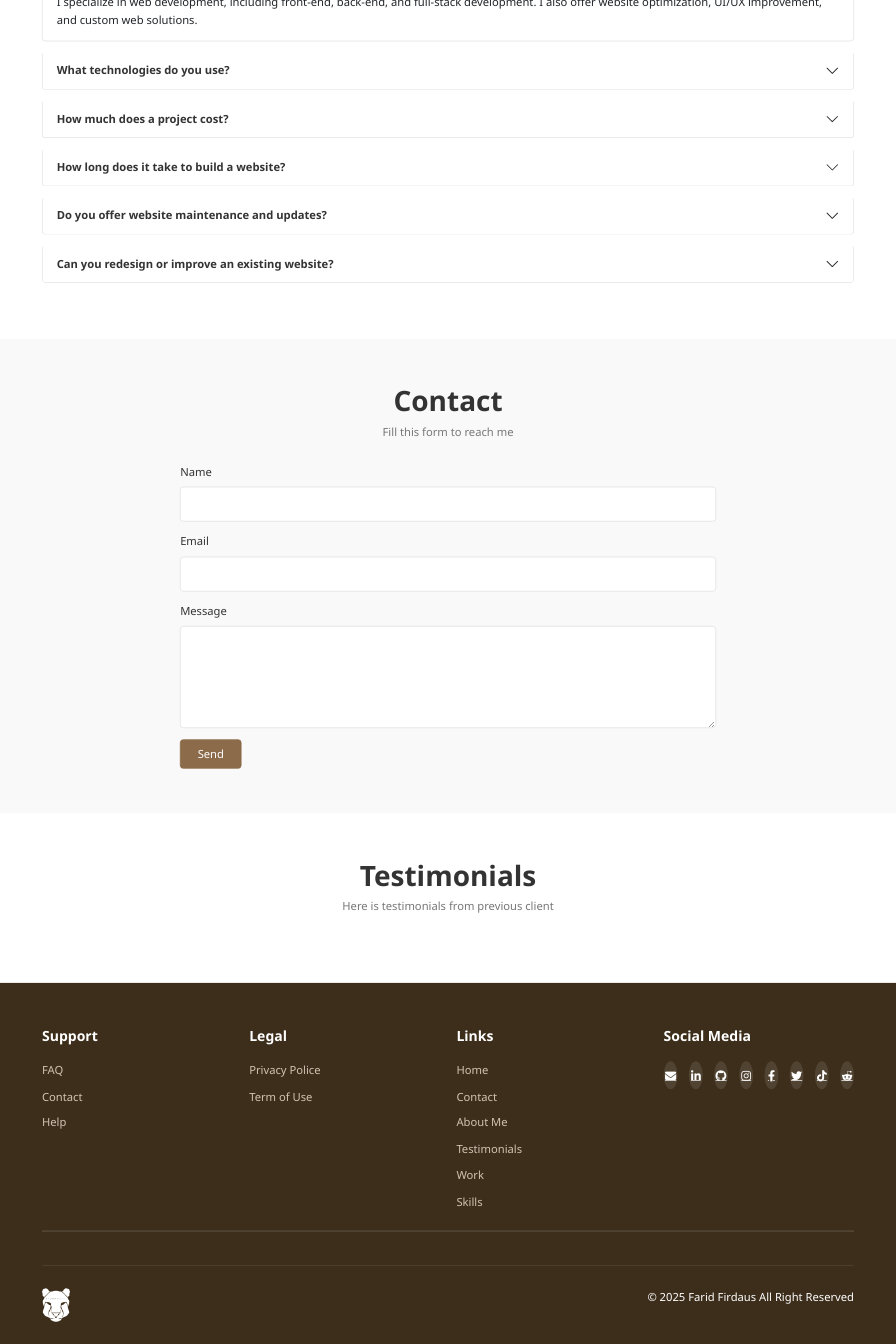
Repository: faridfirdaus-fred/portfolio-pweb
Page: index.html
The author's editor kept a copy of each file at every save. The page is drawn from the files as they stood at one save, then again after the next save.
The browser window is 1280 px wide. The pictures show the part of the page from y = 2573 to 4493 px (the page is 4493 px tall), at 70% of full size.

Above is the page before, as saved 2025-05-12 17:30:30.
Console error (its wording comes from the project's code and is left out).

After the next save:
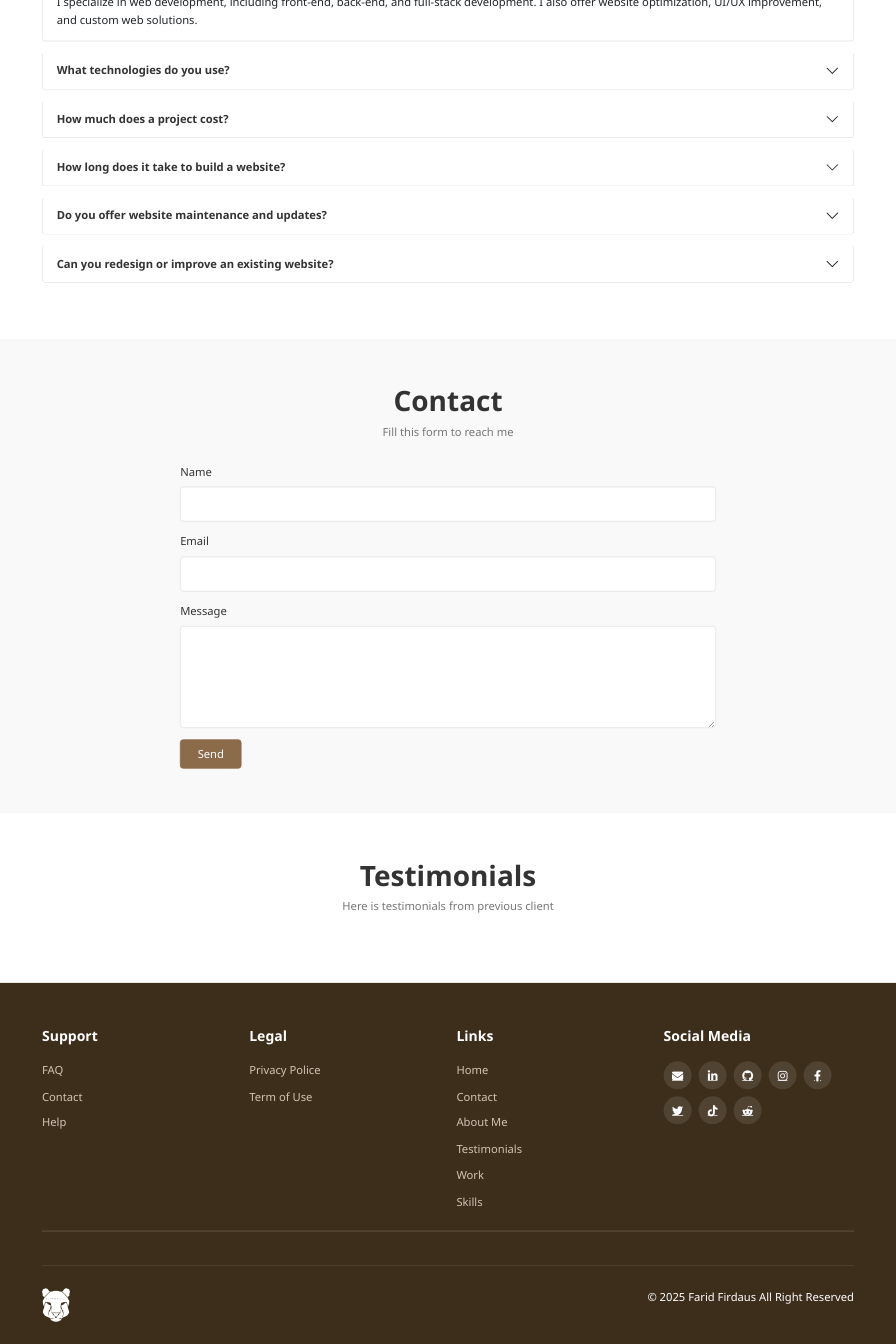
Saved 17 s later.
--- a/css/style.css
+++ b/css/style.css
@@ -488,8 +488,10 @@
 }
 
 .social-icons {
-  display: flex;
-  gap: 1rem;
+    display: flex;
+    flex-wrap: wrap;
+    gap: 10px;
+    margin-bottom: 20px;
 }
 
 .social-icons a {
